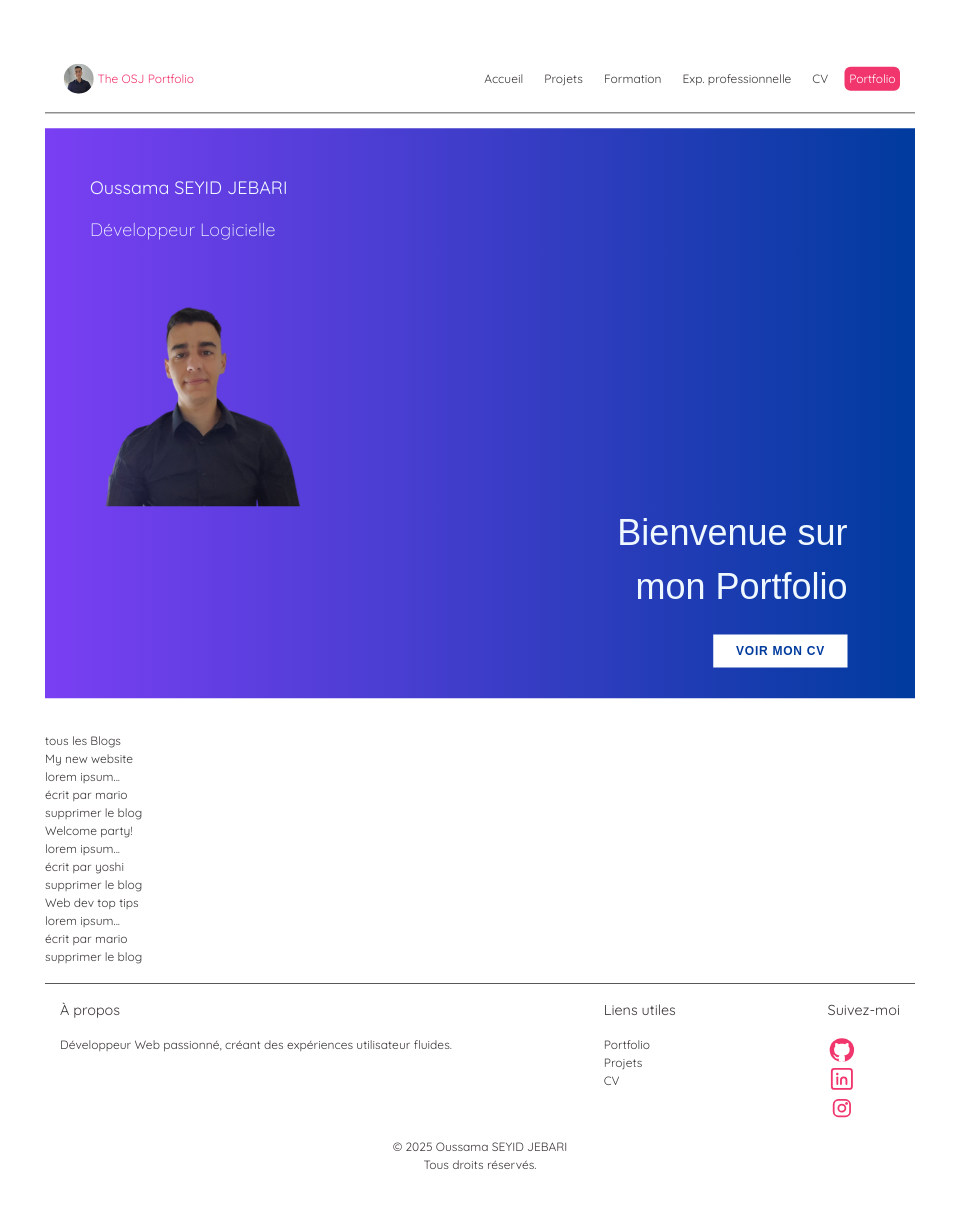
Repository: OussamSJ/Portfolio
Page: /
The author's editor kept a copy of each file at every save. The page is drawn from the files as they stood at one save, then again after the next save.
The browser window is 1280 px wide. The pictures show the whole page, at 75% of full size.
The project was rebuilt for these pictures with package versions that can differ from the ones it lists, and the page was loaded fresh each time. Also part of the build but not shown: src/Random.js, src/Cv.js, src/Expcomponent.js, src/Experiences.js, src/FormationComponent.js, src/Formation.js.

Above is the page before, as saved 2025-05-08 14:36:14.

After the next save:
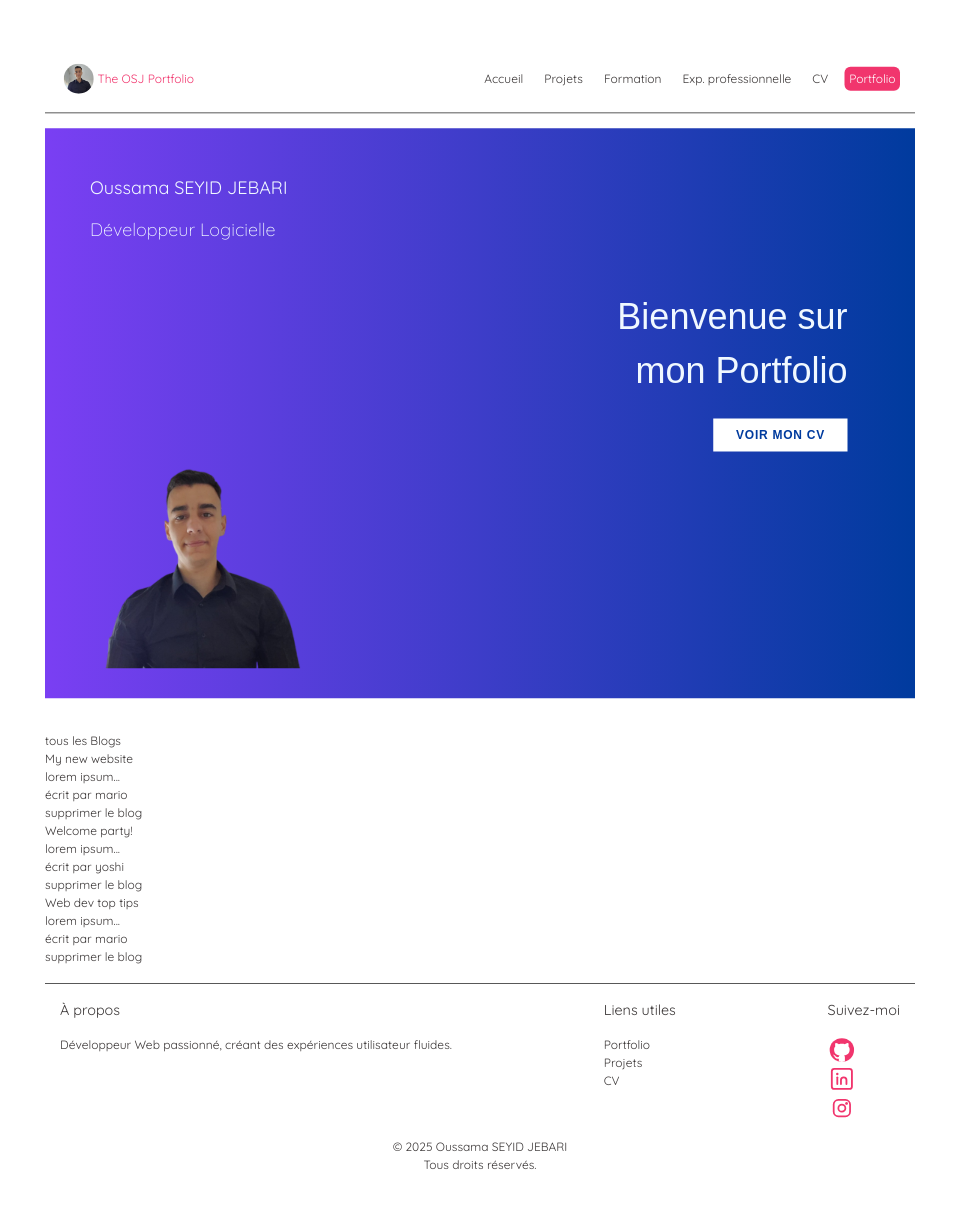
Saved 21 s later.
--- a/src/Home.js
+++ b/src/Home.js
@@ -33,9 +33,10 @@
       <h3><span>Développeur Logicielle</span></h3> <br/>
 
       <div className="presentation">
-      <div className="img-couverture"><img src="oussama_img.png"></img></div>
+
       <h1> Bienvenue sur <br/> mon Portfolio<br/></h1>
       <button class="button">Voir mon CV</button>
+      <div className="img-couverture"><img src="oussama_img.png"></img></div>
       </div>
       </div>
       <BlogList blogs={blogs} title="tous les Blogs" handleDelete={handleDelete}/> <br/>
